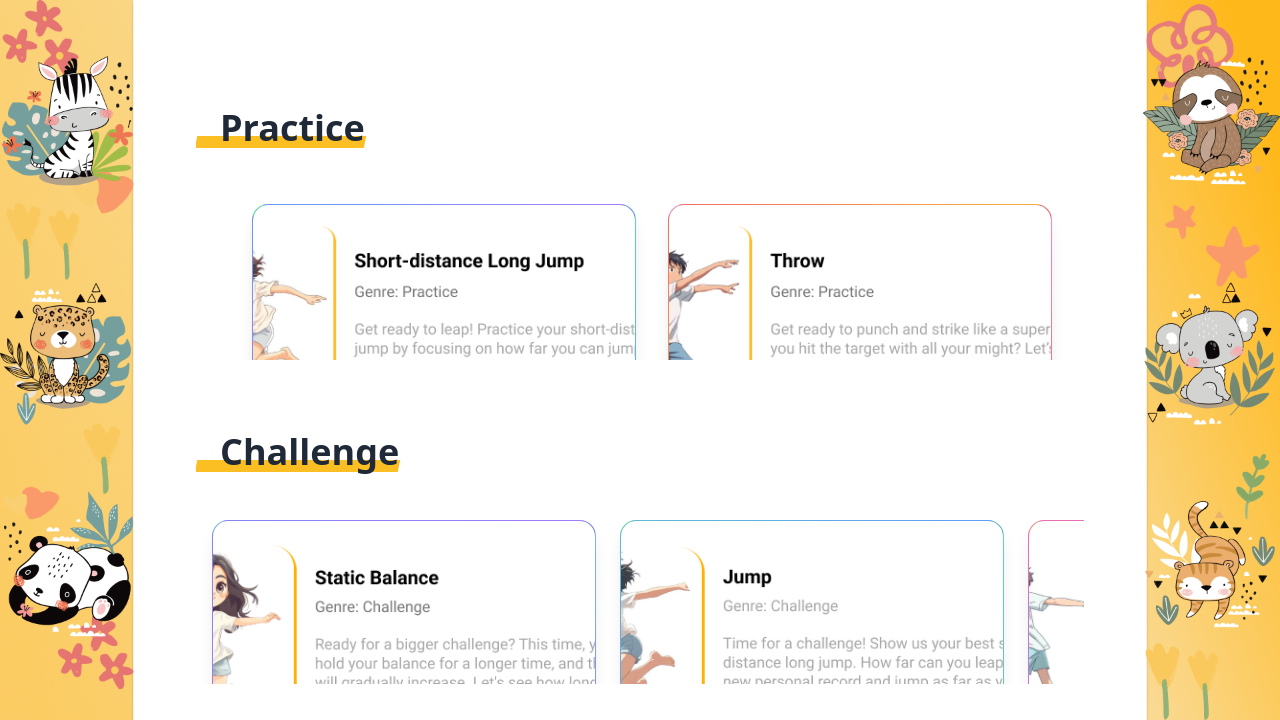
Repository: Jayhawk2000/AR_Game_DCD_Children
Page: homepage.html
These files come from the project's save history. The page is drawn as it stood at one moment and after the next save; the edit follows.
The browser window is 1280 px wide. The pictures show the whole page.

Above is the page before, as saved 2024-10-16 13:33:12.

### homepage.html
<!DOCTYPE html>
<html lang="en">
<head>
<meta charset="UTF-8">
<meta name="viewport" content="width=device-width, initial-scale=1.0">
<title>Homepage</title>
<link href="https://cdn.jsdelivr.net/npm/tailwindcss@2.2.19/dist/tailwind.min.css" rel="stylesheet">
<style>
    body, html {
        margin: 0;
        padding: 0;
        width: 100vw;
        height: 100vh;
        overflow: hidden;
    }

    .background {
        background-image: url('img/homepage.png');
        background-size: 100vw 100vh;
        background-repeat: no-repeat;
        background-position: center center;
        background-attachment: fixed;
        height: 100vh;
        display: flex;
        justify-content: center;
        align-items: center;
    }

    .content {
        width: 75vw;
        height: 100%;
        background-color: white;
        display: flex;
        flex-direction: column;
        padding: 5vh;
    }

    .section {
        flex: 1;
        overflow: hidden;
        position: relative;
    }

    /* 美化滚动条 */
    .card-slider::-webkit-scrollbar {
        height: 8px;
    }
    .card-slider::-webkit-scrollbar-track {
        background: #f1f1f1;
        border-radius: 4px;
    }
    .card-slider::-webkit-scrollbar-thumb {
        background: #FFB000;
        border-radius: 4px;
        transition: background-color 0.3s ease;
    }
    .card-slider::-webkit-scrollbar-thumb:hover {
        background: #e09e00;
    }
</style>
</head>
<body>

<div class="background">
    <div class="content">
        <div class="section">
            <br><br><br>
            <h2 class="text-4xl font-bold text-gray-800 mb-8 relative pl-6 inline-block">
                <span class="relative z-10">Practice</span>
                <span class="absolute left-0 bottom-0 w-full h-3 bg-yellow-400 transform -skew-x-12"></span>
            </h2>
            <div class="card-slider overflow-x-auto snap-x snap-mandatory flex space-x-8 p-6">
                <a href="prac_bal.html" class="card group relative w-[400px] h-[250px] rounded-3xl shadow-lg hover:shadow-2xl transition-all duration-500 overflow-hidden">
                    <div class="absolute inset-0 bg-gradient-to-br from-yellow-400/50 via-orange-500/50 to-red-500/50 opacity-60 group-hover:opacity-70 transition-opacity duration-500"></div>
                    <img src="img/balance_practice.png" alt="Balance Practice" class="absolute inset-0 w-full h-full object-cover transform group-hover:scale-110 transition-transform duration-500">
                    <div class="absolute inset-0 flex flex-col justify-end p-6 bg-gradient-to-t from-black/70 via-black/50 to-transparent opacity-0 group-hover:opacity-100 transition-all duration-500">
                        <h3 class="text-white text-2xl font-bold mb-2 transform translate-y-2 group-hover:translate-y-0 transition-transform duration-500">Balance Practice</h3>
                        <p class="text-white text-sm opacity-0 group-hover:opacity-100 transition-opacity duration-500 delay-100">Improve your balance skills</p>
                    </div>
                </a>
                <a href="prac_jump.html" class="card flex-none w-96 h-64 bg-gradient-to-br from-green-400 via-blue-500 to-purple-500 rounded-2xl shadow-lg hover:shadow-2xl transition-all duration-300 relative overflow-hidden group border border-white border-opacity-20">
                    <div class="absolute inset-0 bg-black opacity-40"></div>
                    <div class="absolute inset-0 bg-cover bg-center" style="background-image: url('img/jump_practice.png');"></div>
                    <div class="absolute inset-0 bg-gradient-to-t from-black via-transparent to-transparent opacity-0 group-hover:opacity-100 transition-opacity duration-300 flex flex-col justify-end p-6">
                        <h3 class="text-white text-2xl font-bold mb-2 transform translate-y-2 group-hover:translate-y-0 transition-transform duration-300">Jump Practice</h3>
                        <p class="text-white text-sm opacity-0 group-hover:opacity-100 transition-opacity duration-300 delay-100">Enhance your jumping technique</p>
                    </div>
                </a>
                <a href="prac_throw.html" class="card flex-none w-96 h-64 bg-gradient-to-br from-pink-400 via-red-500 to-yellow-500 rounded-2xl shadow-lg hover:shadow-2xl transition-all duration-300 relative overflow-hidden group border border-white border-opacity-20">
                    <div class="absolute inset-0 bg-black opacity-40"></div>
                    <div class="absolute inset-0 bg-cover bg-center" style="background-image: url('img/throw_practice.png');"></div>
                    <div class="absolute inset-0 bg-gradient-to-t from-black via-transparent to-transparent opacity-0 group-hover:opacity-100 transition-opacity duration-300 flex flex-col justify-end p-6">
                        <h3 class="text-white text-2xl font-bold mb-2 transform translate-y-2 group-hover:translate-y-0 transition-transform duration-300">Throw Practice</h3>
                        <p class="text-white text-sm opacity-0 group-hover:opacity-100 transition-opacity duration-300 delay-100">Perfect your throwing skills</p>
                    </div>
                </a>
            </div>
        </div>
        <div class="section">
            <br><br><br>
            <h2 class="text-4xl font-bold text-gray-800 mb-8 relative pl-6 inline-block">
                <span class="relative z-10">Challenge</span>
                <span class="absolute left-0 bottom-0 w-full h-3 bg-yellow-400 transform -skew-x-12"></span>
            </h2>
            <div class="card-slider overflow-x-auto snap-x snap-mandatory flex space-x-6 p-4">
                <a href="cha_bal.html" class="card flex-none w-96 h-64 bg-gradient-to-br from-blue-400 via-indigo-500 to-purple-500 rounded-2xl shadow-lg hover:shadow-2xl transition-all duration-300 relative overflow-hidden group border border-white border-opacity-20">
                    <div class="absolute inset-0 bg-black opacity-40"></div>
                    <div class="absolute inset-0 bg-cover bg-center" style="background-image: url('img/balance_challenge.png');"></div>
                    <div class="absolute inset-0 bg-gradient-to-t from-black via-transparent to-transparent opacity-0 group-hover:opacity-100 transition-opacity duration-300 flex flex-col justify-end p-6">
                        <h3 class="text-white text-2xl font-bold mb-2 transform translate-y-2 group-hover:translate-y-0 transition-transform duration-300">Balance Challenge</h3>
                        <p class="text-white text-sm opacity-0 group-hover:opacity-100 transition-opacity duration-300 delay-100">Test your balance skills</p>
                    </div>
                </a>
                <a href="cha_jump.html" class="card flex-none w-96 h-64 bg-gradient-to-br from-green-400 via-teal-500 to-blue-500 rounded-2xl shadow-lg hover:shadow-2xl transition-all duration-300 relative overflow-hidden group border border-white border-opacity-20">
                    <div class="absolute inset-0 bg-black opacity-40"></div>
                    <div class="absolute inset-0 bg-cover bg-center" style="background-image: url('img/jump_challenge.png');"></div>
                    <div class="absolute inset-0 bg-gradient-to-t from-black via-transparent to-transparent opacity-0 group-hover:opacity-100 transition-opacity duration-300 flex flex-col justify-end p-6">
                        <h3 class="text-white text-2xl font-bold mb-2 transform translate-y-2 group-hover:translate-y-0 transition-transform duration-300">Jump Challenge</h3>
                        <p class="text-white text-sm opacity-0 group-hover:opacity-100 transition-opacity duration-300 delay-100">Push your jumping limits</p>
                    </div>
                </a>
                <a href="cha_throw.html" class="card flex-none w-96 h-64 bg-gradient-to-br from-red-400 via-pink-500 to-purple-500 rounded-2xl shadow-lg hover:shadow-2xl transition-all duration-300 relative overflow-hidden group border border-white border-opacity-20">
                    <div class="absolute inset-0 bg-black opacity-40"></div>
                    <div class="absolute inset-0 bg-cover bg-center" style="background-image: url('img/throw_challenge.png');"></div>
                    <div class="absolute inset-0 bg-gradient-to-t from-black via-transparent to-transparent opacity-0 group-hover:opacity-100 transition-opacity duration-300 flex flex-col justify-end p-6">
                        <h3 class="text-white text-2xl font-bold mb-2 transform translate-y-2 group-hover:translate-y-0 transition-transform duration-300">Throw Challenge</h3>
                        <p class="text-white text-sm opacity-0 group-hover:opacity-100 transition-opacity duration-300 delay-100">Challenge your throwing accuracy</p>
                    </div>
                </a>
            </div>
        </div>
    </div>
</div>

</body>
</html>

After the next save:
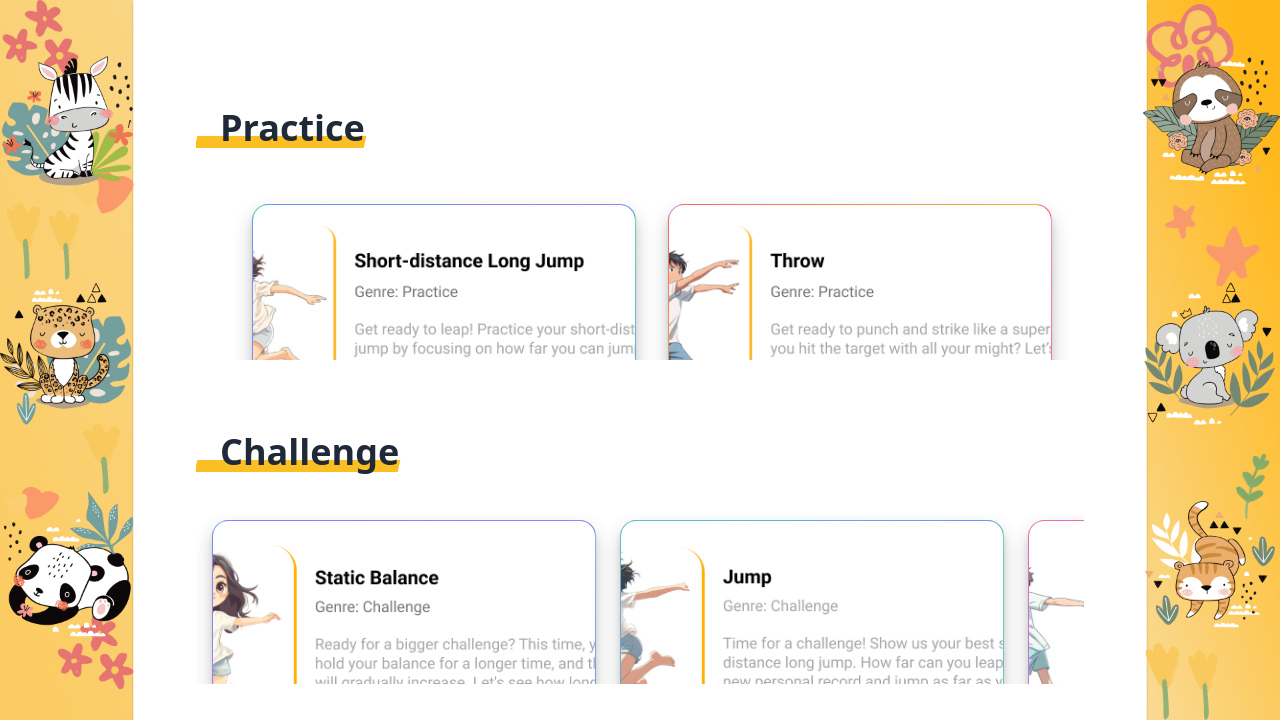
Saved 16 s later.
--- a/homepage.html
+++ b/homepage.html
@@ -56,6 +56,14 @@
     }
     .card-slider::-webkit-scrollbar-thumb:hover {
         background: #e09e00;
+    }
+
+    .card {
+        box-shadow: 0 10px 20px rgba(0,0,0,0.2), 0 6px 6px rgba(0,0,0,0.1);
+        transition: all 0.3s cubic-bezier(.25,.8,.25,1);
+    }
+    .card:hover {
+        box-shadow: 0 20px 40px rgba(0,0,0,0.3), 0 12px 12px rgba(0,0,0,0.2);
     }
 </style>
 </head>
